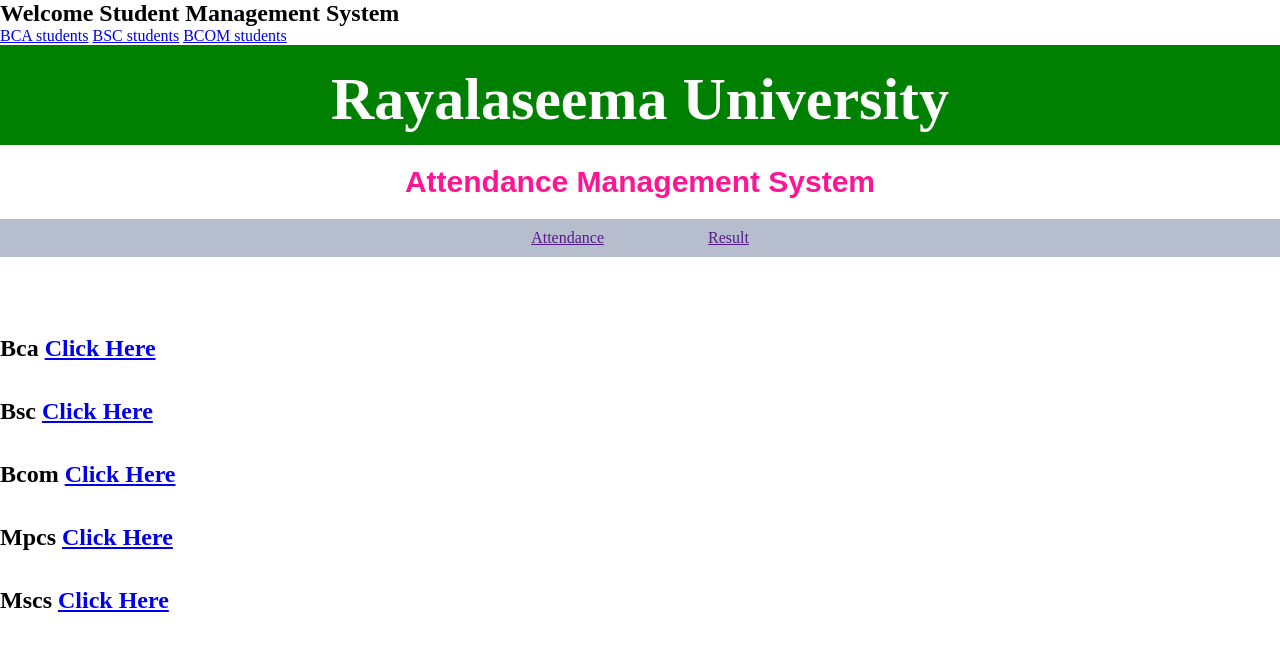
Repository: Sharath1503/Java-Spring-FullStack-Projects
Page: http://localhost/AMS/
The author's editor kept a copy of each file at every save. The page is drawn from the files as they stood at one save, then again after the next save.
The browser window is 1280 px wide. The pictures show the whole page.
The page is served by Tomcat 9.

Above is the page before, as saved 2024-09-21 10:44:29.

After the next save:
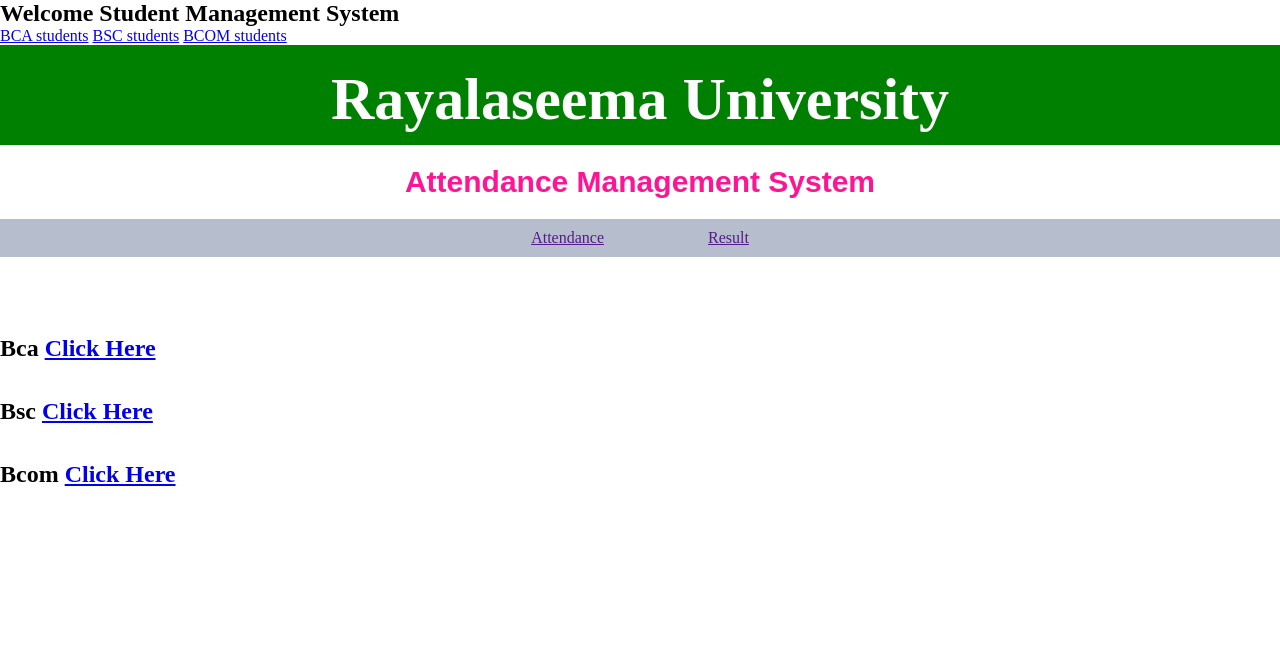
Saved 5 s later.
--- a/AttendanceManagementSystem/AMS/src/main/webapp/index.jsp
+++ b/AttendanceManagementSystem/AMS/src/main/webapp/index.jsp
@@ -182,8 +182,7 @@
       <br><h2> Bca <a href="students/bcastudents">Click Here</a></h2></br>
         <br><h2> Bsc <a href="students/bscstudents">Click Here</a></h2></br>
           <br><h2> Bcom <a href="students/bcomstudents">Click Here</a></h2></br>
-            <br><h2> Mpcs <a href="#" >Click Here</a></h2></br>
-              <br><h2> Mscs <a href="#" >Click Here</a></h2></br>
+
 
   </body>
 </html>
